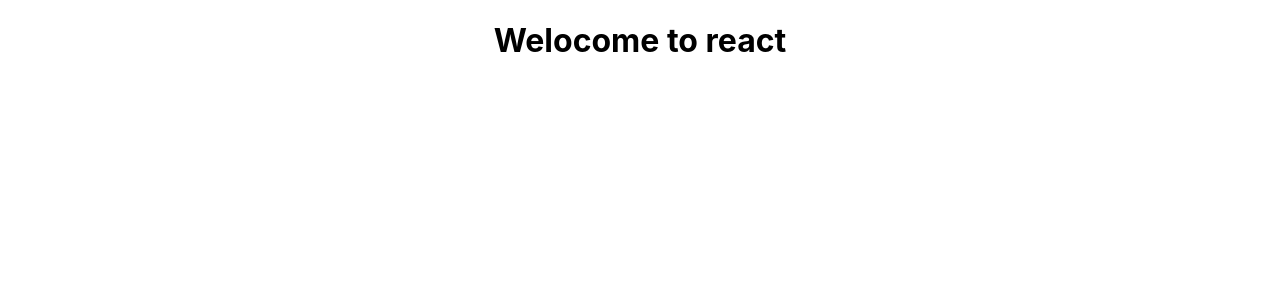
Repository: Green-Technologies-Angular/React-js
Page: /
The author's editor kept a copy of each file at every save. The page is drawn from the files as they stood at one save, then again after the next save.
The browser window is 1280 px wide. The pictures show the whole page.
The project was rebuilt for these pictures with package versions that can differ from the ones it lists, and the page was loaded fresh each time.

Above is the page before, as saved 2019-03-07 10:19:22.

### public/index.html
<!DOCTYPE html>
<html lang="en">
  <head>
    <meta charset="utf-8" />
    <link rel="shortcut icon" href="%PUBLIC_URL%/favicon.ico" />
    <meta
      name="viewport"
      content="width=device-width, initial-scale=1, shrink-to-fit=no"
    />
    <meta name="theme-color" content="#000000" />
    <!--
      manifest.json provides metadata used when your web app is installed on a
      user's mobile device or desktop. See https://developers.google.com/web/fundamentals/web-app-manifest/
    -->
    <link rel="manifest" href="%PUBLIC_URL%/manifest.json" />
    <!--
      Notice the use of %PUBLIC_URL% in the tags above.
      It will be replaced with the URL of the `public` folder during the build.
      Only files inside the `public` folder can be referenced from the HTML.

      Unlike "/favicon.ico" or "favicon.ico", "%PUBLIC_URL%/favicon.ico" will
      work correctly both with client-side routing and a non-root public URL.
      Learn how to configure a non-root public URL by running `npm run build`.
    -->
    <title>React App</title>
  </head>
  <body>
    <noscript>You need to enable JavaScript to run this app.</noscript>
    <div id="root">

    </div>
    <!--
      This HTML file is a template.
      If you open it directly in the browser, you will see an empty page.

      You can add webfonts, meta tags, or analytics to this file.
      The build step will place the bundled scripts into the <body> tag.

      To begin the development, run `npm start` or `yarn start`.
      To create a production bundle, use `npm run build` or `yarn build`.
    -->
  </body>
</html>

### src/App.js
import React, { Component } from 'react';
import logo from './logo.svg';
import './App.css';

class App extends Component {
  render() {
    return (
      <div className="App">
        <h1>Welocome to react</h1>
      </div>
    );
  }
}

export default App;

Loaded but not shown: src/index.js (common file); src/index.css (common file); src/serviceWorker.js (common file); src/App.css (common file)

After the next save:
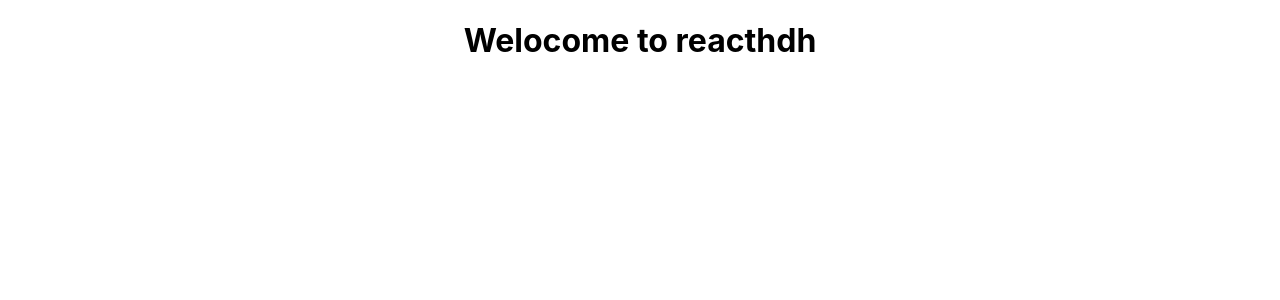
Saved 6 min 8 s later.
--- a/src/App.js
+++ b/src/App.js
@@ -6,7 +6,7 @@ class App extends Component {
   render() {
     return (
       <div className="App">
-        <h1>Welocome to react</h1>
+        <h1>Welocome to reacthdh</h1>
       </div>
     );
   }
